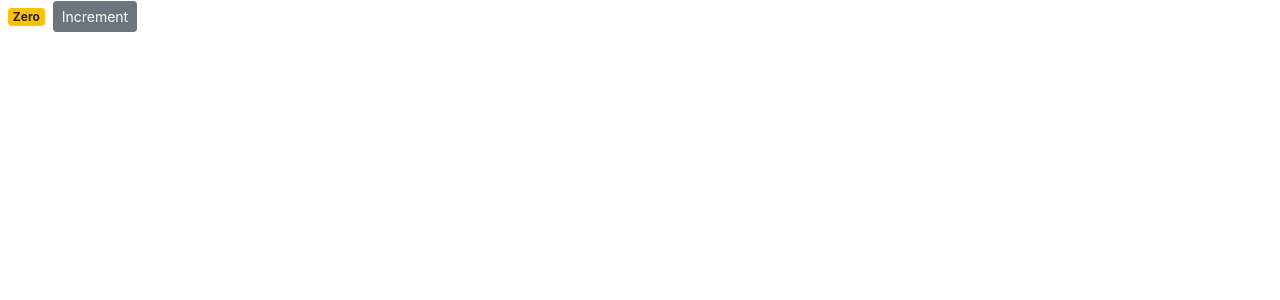
Repository: smk87/First-React-App
Page: /
An editor plug-in stored every save of this project. The page is shown before and after the next save, followed by the edit.
The browser window is 1280 px wide. The pictures show the whole page.
The project was rebuilt for these pictures with package versions that can differ from the ones it lists, and the page was loaded fresh each time. Also part of the build but not shown: src/App.css, src/App.js.

Above is the page before, as saved 2019-01-04 21:00:13.

### public/index.html
<!DOCTYPE html>
<html lang="en">
  <head>
    <meta charset="utf-8" />
    <link rel="shortcut icon" href="%PUBLIC_URL%/favicon.ico" />
    <meta
      name="viewport"
      content="width=device-width, initial-scale=1, shrink-to-fit=no"
    />
    <meta name="theme-color" content="#000000" />
    <!--
      manifest.json provides metadata used when your web app is added to the
      homescreen on Android. See https://developers.google.com/web/fundamentals/web-app-manifest/
    -->
    <link rel="manifest" href="%PUBLIC_URL%/manifest.json" />
    <!--
      Notice the use of %PUBLIC_URL% in the tags above.
      It will be replaced with the URL of the `public` folder during the build.
      Only files inside the `public` folder can be referenced from the HTML.

      Unlike "/favicon.ico" or "favicon.ico", "%PUBLIC_URL%/favicon.ico" will
      work correctly both with client-side routing and a non-root public URL.
      Learn how to configure a non-root public URL by running `npm run build`.
    -->
    <title>Cart by React</title>
  </head>
  <body>
    <noscript>You need to enable JavaScript to run this app.</noscript>
    <div id="root"></div>
    <!--
      This HTML file is a template.
      If you open it directly in the browser, you will see an empty page.

      You can add webfonts, meta tags, or analytics to this file.
      The build step will place the bundled scripts into the <body> tag.

      To begin the development, run `npm start` or `yarn start`.
      To create a production bundle, use `npm run build` or `yarn build`.
    -->
  </body>
</html>

### src/index.js
import React from "react";
import ReactDOM from "react-dom";
import "./index.css";
import App from "./App";
import * as serviceWorker from "./serviceWorker";
import "bootstrap/dist/css/bootstrap.css";
import Counter from "./components/counter";

ReactDOM.render(<Counter />, document.getElementById("root"));

// If you want your app to work offline and load faster, you can change
// unregister() to register() below. Note this comes with some pitfalls.
// Learn more about service workers: http://bit.ly/CRA-PWA
serviceWorker.unregister();

### src/components/counter.jsx
import React, { Component } from "react";

class Counter extends Component {
  state = {
    count: 0
  };
  styles = {};
  render() {
    let classes = "badge m-2 badge-";
    classes += this.state.count === 0 ? "warning" : "primary";
    return (
      <div>
        <span className={classes}>{this.formatCount()}</span>
        <button className="btn btn-secondary btn-sm">Increment</button>
      </div>
    );
  }

  formatCount() {
    const { count } = this.state;
    return count === 0 ? "Zero" : count;
  }
}

export default Counter;

Loaded but not shown: src/index.css (common file); src/serviceWorker.js (common file)

After the next save:
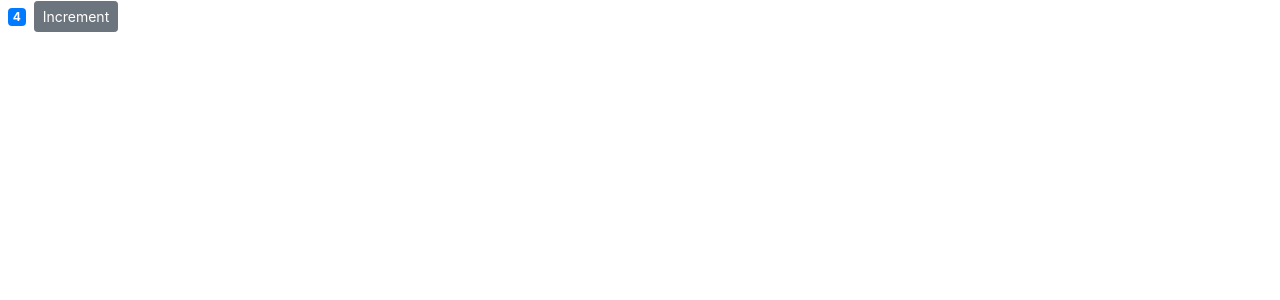
Saved 5 s later.
--- a/src/components/counter.jsx
+++ b/src/components/counter.jsx
@@ -2,7 +2,7 @@ import React, { Component } from "react";
 
 class Counter extends Component {
   state = {
-    count: 0
+    count: 4
   };
   styles = {};
   render() {
